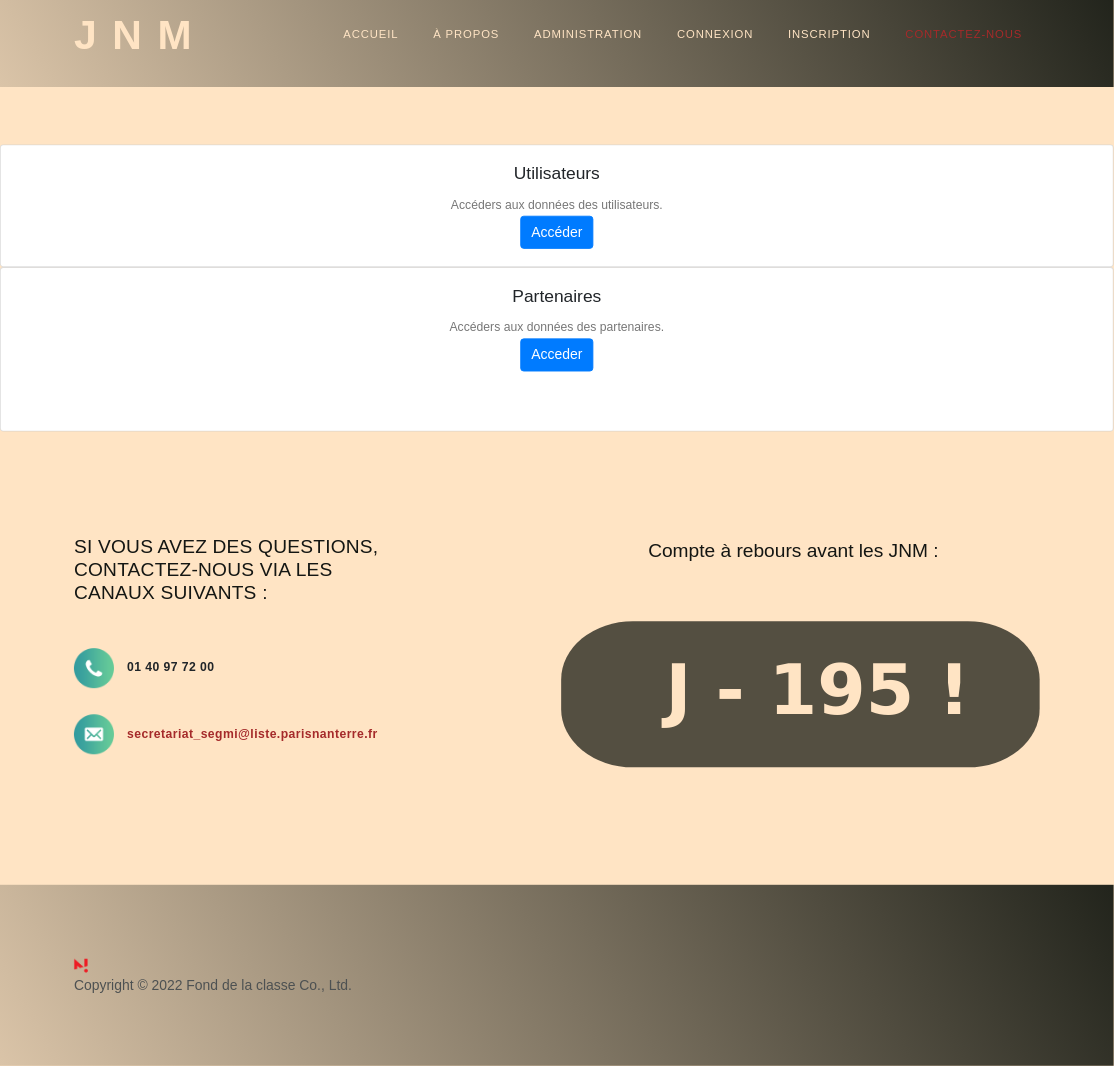
Repository: RiadNadri/ProjetWeb2022
Page: templates/Admin/admin.html.twig
These files come from the project's save history. The page is drawn as it stood at one moment and after the next save; the edit follows.
The browser window is 1280 px wide. The pictures show the whole page, at 87% of full size.
Some web fonts or font styles are not loaded; a fallback is used. The page is a Twig template of a Symfony application; nobody is signed in and links lead nowhere. The template is opened directly, without the code that normally fills it, so the values that code supplies are empty.

Above is the page before, as saved 2022-12-24 17:20:34.

### templates/Admin/admin.html.twig
{% extends 'base.html.twig' %}

{% block title %} Administration {% endblock %}


{% block body %}

<style>
    .buttonUser{
        margin-top: 0%;
        margin-bottom: 10%;
        margin-left: 25%;
    }
    .buttonPartenaire{
        margin-left:35%;
        font-size: xx-large;
    }
</style>

<div class="buttonUser">
    <div class="btn btn-light" >
        <a href="{{path('app_user')}}">Utilisateurs</a>
    </div>
    <div class="btn btn-light" >
        <a  href="{{path('app_partenaire')}}">Partenaires</a>
    </div>
</div>

<div class="card text-center">
  <div class="card-body">
    <h5 class="card-title">Utilisateurs</h5>
    <p class="card-text">Accéders aux données des utilisateurs.</p>
    <a href="{{path('app_user')}}" class="btn btn-primary">Accéder</a>
  </div>
</div>

<div class="card text-center">

  <div class="card-body mb-5">
    <h5 class="card-title">Partenaires</h5>
    <p class="card-text">Accéders aux données des partenaires.</p>
    <a href="{{path('app_partenaire')}}" class="btn btn-primary">Acceder</a>
  </div>
</div>
{% endblock %}

### templates/base.html.twig
<!DOCTYPE html>
<html>
    <head>
        <meta charset="UTF-8">
        <title>{% block title %}{% endblock %} - JNM</title>
        <meta name="viewport" content="width=device-width, initial-scale=1, shrink-to-fit=no">
        <meta name="description" content="">
        <meta name="author" content="">
        <link href="https://fonts.googleapis.com/css?family=Raleway:100,200,300,400,500,600,700,800,900&display=swap" rel="stylesheet">
        <link rel="shortcut icon" type= "image/png" href="{{ asset('img/favicon.png')}}" />

        {# Run `composer require symfony/webpack-encore-bundle` to start using Symfony UX #}

        <link rel="stylesheet" href="{{ asset('assets/css/bootstrap.min.css')}}">
        <link rel="stylesheet" href="{{ asset('assets/css/templatemo-breezed (1).css')}}">

        {% block stylesheets %}{% endblock %}

        {% block javascripts %}{% endblock %}
    </head>
    <body>

        <header class="header-area header-sticky">
        <div class="container">
            <div class="row">
                <div class="col-12">
                    <nav class="main-nav">
                        <!-- ***** Logo Start ***** -->
                        <a href="{{path('app_accueil')}}" class="logo">
                            JNM
                        </a>
                        <!-- ***** Logo End ***** -->
                        <!-- ***** Menu Start ***** -->
                        <ul class="nav">
                            <li class="scroll-to-section"><a href="{{path('app_accueil')}}" >Accueil</a></li>
                            <li class="scroll-to-section"><a href="#about">À propos</a></li>
                            <li class="scroll-to-section"><a href="{{path('app_admin')}}">Administration</a></li>
                            <li class="scroll-to-section"><a href="{{path('app_connexion')}}">Connexion</a></li>
                            {% if app.user %}
                                <li class="scroll-to-section"><a href="#réservation">Réservation</a></li>
                                <li class="scroll-to-section"><a href="{{path('app_profil')}}">Mon profil</a></li>
                                <li class="scroll-to-section"><a href="{{path('app_deconnexion')}}">Deconnexion</a></li>
                            {% else %}
                                <li class="scroll-to-section"><a href="{{path('app_inscription')}}">Inscription</a></li>
                            {% endif %}
                            <li class="scroll-to-section"><a href="#contact-us" class="active">Contactez-Nous</a></li>


                        </ul>

                        <!-- ***** Menu End ***** -->
                    </nav>
                </div>
            </div>
        </div>
    </header>

    {% block body %}
    <section class="section" id="about">
        <div class="container">
            <div class="row">
                <div class="col-lg-6 col-md-6 col-xs-12">
                    <div class="left-text-content">
                        <div class="section-heading">
                            <h6>À propos des Journées Nationales de la MIAGE</h6>
                            <h2>Certains de nos partenaires</h2>
                        </div>
                        <div class="row">
                            <div class="col-md-6 col-sm-6">
                                <div class="service-item">
                                    <a href="https://pepsi.fr/" rel ="nofollow noopener" target="_blank"> <img src="{{ asset('img/Pepsi-Logo-PNG-Pic.png')}}" alt=""> </a>
                                    <h4><a rel="nofollow noopener" href="https://pepsi.fr/" target="_blank">Pepsi</a></h4>
                                </div>
                            </div>
                            <div class="col-md-6 col-sm-6">
                                <div class="service-item">
                                    <a href="https://www.beinsports.com/france/" rel ="nofollow noopener" target="_blank"> <img src="{{ asset('img/Bein_sport_logo.png')}}" alt=""> </a>
                                    <h4><a rel="nofollow noopener" href="https://www.beinsports.com/france/" target="_blank">BeIn Sport</a></h4>
                                </div>
                            </div>
                            <div class="col-md-6 col-sm-6">
                                <div class="service-item">
                                    <a href="https://www.canalplus.com/" rel ="nofollow noopener" target="_blank"> <img src="{{ asset('img/canal-logo-png-transparent.png')}}" alt=""> </a>
                                    <h4><a rel="nofollow noopener" href="https://www.canalplus.com/" target="_blank">Canal +</a></h4>
                                </div>
                            </div>
                            <div class="col-md-6 col-sm-6">
                                <div class="service-item">
                                    <a href="https://www.wwf.fr/" rel ="nofollow noopener" target="_blank"> <img src="{{ asset('img/panda.png')}}" alt=""> </a>
                                    <h4><a rel="nofollow noopener" href="https://www.wwf.fr/" target="_blank">WWF</a></h4>
                                </div>
                            </div>
                            <div class="col-md-12">
                                <a href="#" class="main-button-icon">
                                    En savoir plus
                                </a>
                            </div>
                        </div>
                    </div>
                </div>
                <div class="col-lg-6 col-md-6 col-xs-12">
                    <div class="right-text-content">
                        <p>Les Journées Nationales de la Miage sont organisées par <a rel="nofollow noopener" href="https://www.parisnanterre.fr/" target="_blank">L'Université Paris Nanterre</a> en 2023.
                        <br><br>Du 01/06/2023 au 04/06/2023 venez participer aux Journées Nationales de la MIAGE aux portes de Paris sur le campus de Nanterre. Retrouvez-y toutes les MIAGE de France pour partager un bon moment.
                      <br><br>Prenez part aux différentes activités et profitez-en pour élargir votre réseau miagiste !</p>
                    </div>
                </div>
            </div>
        </div>
    </section>

    <section class="section" id="features">
        <div class="container">
            <div class="row">
                <div class="col-lg-4 col-md-6 col-sm-12 col-xs-12" data-scroll-reveal="enter left move 30px over 0.6s after 0.4s">
                    <div class="features-item">
                        <div class="features-icon">
                            <img src="{{ asset('img/Icone.png')}}" height="30px" width="30px" alt="">
                        </div>
                        <div class="features-content">
                            <h4>Le campus de Nanterre</h4>
                            <p>Situé à proximité du quartier d'affaires da La Défense, le campus de Nanterre s'étend sur 30 hectares.<br> Chaque année, il accueille plus de 40 000 étudiants et met à leur disposition divers types d'infrastructures permettant de pratiquer des activités sportives et culturelles !</p>
                            <a href="https://www.parisnanterre.fr/" target="_blank" class="text-button-icon">
                                En savoir plus
                            </a>
                        </div>
                    </div>
                </div>
                <div class="col-lg-4 col-md-6 col-sm-12 col-xs-12" data-scroll-reveal="enter bottom move 30px over 0.6s after 0.4s">
                    <div class="features-item">
                        <div class="features-icon">
                            <img src="{{ asset('img/miage.png')}}" height="30px" width="30px" alt="">
                        </div>
                        <div class="features-content">
                            <h4>La Miage de Nanterre</h4>
                            <p>Intégrée au sein de l'Unité de Formation et de Recherche
                                <a href="https://ufr-segmi.parisnanterre.fr/" rel="nofollow noopener" target="_blank">
                                SEGMI
                                </a> au bâtiment Allais (G), la MIAGE de Nanterre</p>
                            <a href="https://miage.parisnanterre.fr/" class="text-button-icon">
                                En savoir plus
                            </a>
                        </div>
                    </div>
                </div>
                <div class="col-lg-4 col-md-6 col-sm-12 col-xs-12" data-scroll-reveal="enter right move 30px over 0.6s after 0.4s">
                    <div class="features-item">
                        <div class="features-icon">
                            <img src="{{ asset('img/eiffel.png')}}" height="50px" width="50px"alt="">
                        </div>
                        <div class="features-content">
                            <h4>Le séjour à Paris</h4>
                            <p>Vous pourrez profiter d'ếtre aux portes de Paris pour visiter la capitale. La ligne du RER A vous permettra de rejoindre le centre-ville en moins de 30 minutes.<br> Allez explorer le 1er arrondissement riche en culture, ou manger dans l'un des 18 000 restaurants parisiens !</p>
                            <a href="https://www.parisinfo.com/visiter-a-paris" class="text-button-icon">
                                En savoir plus
                            </a>
                        </div>
                    </div>
                </div>
            </div>
        </div>
    </section>
    {% endblock %}


    <!-- ***** Contact Us Area Starts ***** -->
    <section class="section" id="contact-us">
        <div class="container">
            <div class="row">
                <div class="col-lg-4 col-md-4 col-xs-12">
                    <div class="left-text-content">
                        <div class="section-heading">
                            <h6>Si vous avez des questions, Contactez-nous via les canaux suivants :</h6>
                        </div>
                        <ul class="contact-info">
                            <li><img src="{{ asset('img/contact-info-01.png')}}" alt="">01 40 97 72 00</li>
                            <li><img src="{{ asset('img/contact-info-02.png')}}" alt=""><a href="mailto:secretariat_segmi@liste.parisnanterre.fr">secretariat_segmi@liste.parisnanterre.fr</a></li>
                        </ul>
                    </div>
                </div>

                <div class="col-lg-8 col-md-6 col-xs-12">
                    <div class="section-heading">
                        <h7>Compte à rebours avant les JNM :</h7>
                    </div>
                    <div class="cpt">

                        <label id="Compte"></label>
                            <script type="text/javascript" >
                                var Affiche=document.getElementById("Compte");
                                function Rebour() {
                                 var date1 = new Date();
                                 var date2 = new Date ("Jun 1, 2023 00:00:00");
                                 var sec = (date2 - date1) / 1000;
                                 var n = 24 * 3600;
                                 if (sec > 0) {
                                        j = Math.floor (sec / n);
                                        Affiche.innerHTML = "J - " + j + " !";
                                 }
                                 tRebour=setTimeout ("Rebour();", 1000);
                                }
                             Rebour();
                            </script>

                    </div>
                </div>

            </div>
        </div>
    </section>


    </body>


    <!-- ***** Footer Start ***** -->
    <footer>
        <div class="container">
            <div class="row">
                <div class="col-lg-6 col-xs-12">
                    <div class="left-text-content">
                        <a rel="nofollow noopener" href="https://www.parisnanterre.fr/" target="_blank"><img src="{{ asset('img/Icone.png')}}" alt=""><br>Copyright &copy; 2022 Fond de la classe Co., Ltd. </a>
                    </div>
                </div>

            </div>
        </div>
    </footer>
</html>

Loaded but not shown: public/assets/css/bootstrap.min.css (library); public/assets/css/templatemo-breezed (1).css (908 lines, source omitted)

After the next save:
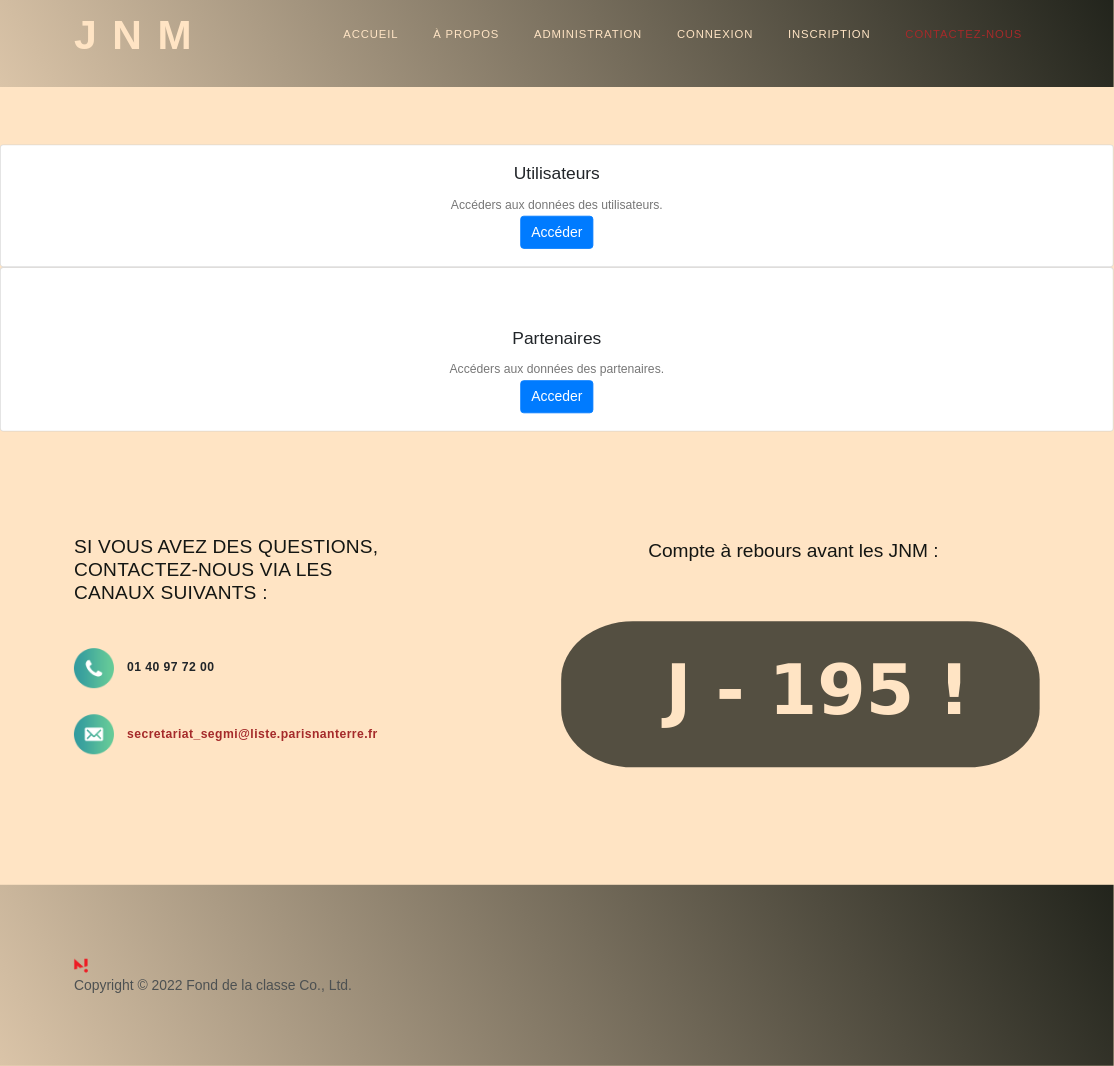
Saved 14 s later.
--- a/templates/Admin/admin.html.twig
+++ b/templates/Admin/admin.html.twig
@@ -36,7 +36,7 @@
 
 <div class="card text-center">
 
-  <div class="card-body mb-5">
+  <div class="card-body mt-5">
     <h5 class="card-title">Partenaires</h5>
     <p class="card-text">Accéders aux données des partenaires.</p>
     <a href="{{path('app_partenaire')}}" class="btn btn-primary">Acceder</a>
